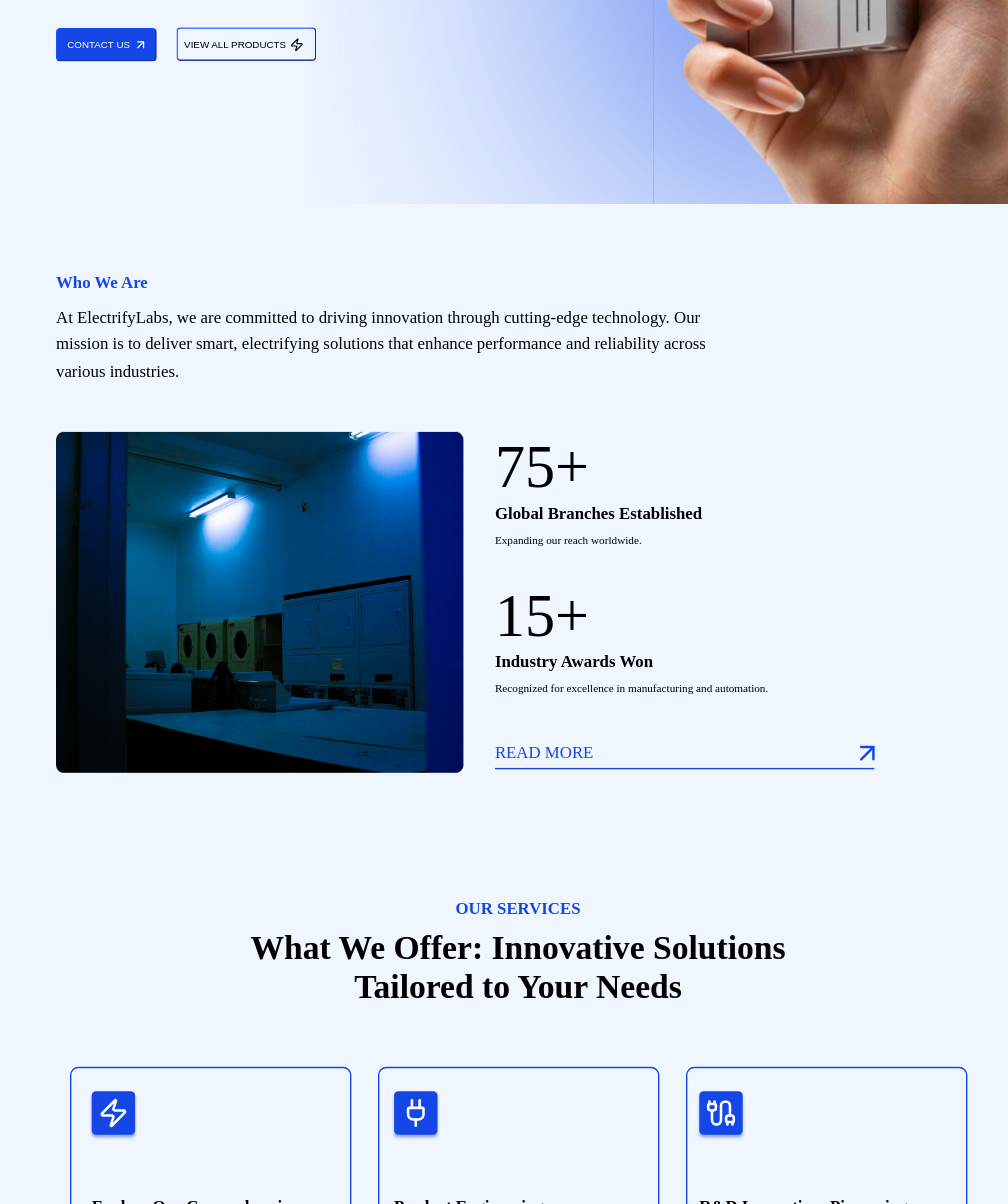
Repository: neelpatel6262/electrifylabs_homepage
Page: /
The author's editor kept a copy of each file at every save. The page is drawn from the files as they stood at one save, then again after the next save.
The browser window is 1280 px wide. The page is 1440 px wide, so the pictures cover 1440 px, including what lies to the right of the window. The pictures show the part of the page from y = 600 to 2320 px (the page is 8532 px tall), at 70% of full size.
The project was rebuilt for these pictures with package versions that can differ from the ones it lists, and the page was loaded fresh each time. Also part of the build but not shown: vite.config.js.

Above is the page before, as saved 2026-02-21 16:53:26.

### index.html
<!doctype html>
<html lang="en">
  <head>
    <meta charset="UTF-8" />
    <link rel="icon" type="image/svg+xml" href="/src/assets/LOGO.svg" />
    <meta name="viewport" content="width=device-width, initial-scale=1.0" />
    <title>ElectrifyLabs Homepage</title>
  </head>
  <body>
    <div id="root"></div>
    <script type="module" src="/src/main.jsx"></script>
  </body>
</html>

### src/main.jsx
import { StrictMode } from 'react'
import { createRoot } from 'react-dom/client'
import './index.css'
import Navbar from './components/Navbar.jsx'
import HeroSection from './components/HeroSection.jsx'
import AboutSection from './components/AboutSection.jsx'
import ServiceSection from './components/ServiceSection.jsx'
import ServiceCard from './components/ServiceCard.jsx'
import ProductSection from './components/ProductSection.jsx'
import LibrarySection from './components/LibrarySection.jsx'
import BlogSection from './components/BlogSection.jsx'
import CTASection from './components/CTASection.jsx'
import Footer from './components/Footer.jsx'





createRoot(document.getElementById('root')).render(
  <>
    <Navbar />
    <HeroSection />
    <AboutSection />
    <ServiceSection />
    <ServiceCard />
    <ProductSection />
    <LibrarySection />
    <BlogSection />
    <CTASection />
    <Footer />

  </>
)

### src/components/Navbar.jsx
import { ArrowUpRight } from 'lucide-react';
import Logo from '../assets/LOGO.svg';

const navLinks = [
  { id: 1, label: 'about', href: '#' },
  { id: 2, label: 'service', href: '#' },
  { id: 3, label: 'product', href: '#' },
  { id: 4, label: 'library', href: '#' },
  { id: 5, label: 'blogs', href: '#' },
];

function Navbar() {
  return (
    <div className="navbar-section">
      <div className="navbar-container">

        {/* Logo */}
        <div className="logo">
          <img src={Logo} alt="logo" />
        </div>

        {/* Nav Links */}
        <div className="nav-links">
          {navLinks.map((link) => (
            <a key={link.id} href={link.href}>
              {link.label}
            </a>
          ))}
        </div>

        {/* Button */}
        <button className="navbar-btn">
          <div className="navbar-btn-conatiner">
            contact us
            <ArrowUpRight size={20} />
          </div>
        </button>

      </div>
    </div>
  );
}

export default Navbar;

### src/components/HeroSection.jsx
import { ArrowUpRight, Zap, Star as StarIcon } from 'lucide-react';
import Frame from '../assets/frame.svg';
import HeroImg from '../assets/heo-img.svg';
import Star from '../assets/star.svg';



// Star rating array — 5 stars
const stars = [1, 2, 3, 4, 5];

function HeroSection() {
  return (
    <div className="hero-section">

      {/* Left Content */}
      <div className="hero-left-content">
        <div className="heading-section">

          {/* CRM / Rating Row */}
          <div className="crm-section">
            <div className="frame">
              <img src={Frame} alt="frame" />
            </div>
            <div className="rating-section">
              <div className="rating-section-container">
                <div className="rating">
                  {stars.map((star) => (
                    <img key={star} src={Star} alt="star" />
                  ))}
                </div>
                <div className="rating-heading">
                  rated 5.0 by 40+ happy customers!
                </div>
              </div>
            </div>
          </div>

          {/* Hero Heading */}
          <div className="hero-heading">
            <span className="hero-highlights">electrifylabs</span> is powering the future of innovation
          </div>

        </div>

        {/* Subheading + Buttons */}
        <div className="hero-subheading">
          <div className="subheading">
            At ElectrifyLabs, we are dedicated to transforming ideas into cutting-edge technology solutions.
            Join us on a journey to innovate and electrify the future.
          </div>

          <div className="hero-cta-actions">
            {/* Primary Button */}
            <button className="hero-btn">
              <div className="hero-btn-container">
                contact us
                <ArrowUpRight size={20} />
              </div>
            </button>

            {/* Secondary Button */}
            <button className="hero-secondary-btn">
              <div className="hero-secondary-btn-container">
                view all products
                <Zap size={20} />
              </div>
            </button>
          </div>
        </div>
      </div>

      {/* Right Content - Hero Image */}
      <div className="right-content">
        <img src={HeroImg} alt="hero" />
      </div>

    </div>
  );
}

export default HeroSection;

### src/components/AboutSection.jsx
import { ArrowUpRight } from 'lucide-react';
import Placeholder from '../assets/Placeholder.jpg';

function AboutSection() {
  return (
    <div className="about-section">
      <div className="about-container">

        {/* Who We Are - Top Text */}
        <div className="who-we-are-section">
          <div className="about-heading">Who We Are</div>
          <div className="sub-heading">
            At ElectrifyLabs, we are committed to driving innovation through cutting-edge technology.
            Our mission is to deliver smart, electrifying solutions that enhance performance and
            reliability across various industries.
          </div>
        </div>

        {/* Content Section - Image + Stats */}
        <div className="about-content-section">

          {/* Left - Placeholder Image */}
          <div className="placeholder">
            <img src={Placeholder} alt="about us" />
          </div>

          {/* Right - Stats + CTA */}
          <div className="about-right-content">

            {/* Stat One */}
            <div className="content-one">
              <h1>75+</h1>
              <h4>Global Branches Established</h4>
              <p>Expanding our reach worldwide.</p>
            </div>

            {/* Stat Two + Read More */}
            <div className="content-two">
              <div className="content-two-info">
                <h1>15+</h1>
                <h4>Industry Awards Won</h4>
                <p>Recognized for excellence in manufacturing and automation.</p>
              </div>

              {/* Read More CTA */}
              <div className="content-cta-section">
                <div className="content-cta-section-container">
                  <h1>read more</h1>
                  <ArrowUpRight size={32} />
                </div>
                <hr className="about-cta" />
              </div>

            </div>
          </div>
        </div>

      </div>
    </div>
  );
}

export default AboutSection;

### src/components/ServiceSection.jsx
import { Zap, Plug, Cable, ArrowUpRight } from 'lucide-react';
import ServiceCard from './ServiceCard';

const cards = [
  {
    id: 1,
    icon: <Zap size={24} color="white" />,
    heading: "Explore Our Comprehensive Range of Services",
    subheading: "At ElectrifyLabs, we provide cutting-edge technology solutions to drive your success.",
    cardClass: "service-card-one",
    headingClass: "service-card-heading",
    subheadingClass: "service-card-subheading",
  },
  {
    id: 2,
    icon: <Plug size={24} color="white" />,
    heading: "Product Engineering: Transforming Ideas into Reality",
    subheading: "Our team specializes in developing innovative products tailored to your specifications.",
    cardClass: "service-card-two",
    headingClass: "service-card-two-heading",
    subheadingClass: "service-card-two-subheading",
  },
  {
    id: 3,
    icon: <Cable size={24} color="white" />,
    heading: "R&D Innovation: Pioneering Tomorrow's Technologies Today",
    subheading: "We invest in research and development to create groundbreaking tech solutions.",
    cardClass: "service-card-three",
    headingClass: "service-card-three-heading",
    subheadingClass: "service-card-three-subheading",
  },
];

function ServiceSection() {
  return (
    <div className="service-section">
      <div className="service-container">

        {/* Intro */}
        <div className="service-intro-section">
          <div className="service-body-heading">our services</div>
          <div className="service-heading">
            What We Offer: Innovative Solutions Tailored to Your Needs
          </div>
        </div>

        {/* Cards */}
        <div className="services-cards-section">
          {cards.map((card) => (
            <ServiceCard
              key={card.id}
              icon={card.icon}
              heading={card.heading}
              subheading={card.subheading}
              cardClass={card.cardClass}
              headingClass={card.headingClass}
              subheadingClass={card.subheadingClass}
            />
          ))}
        </div>

        {/* Button */}
        <button className="service-btn">
          <div className="service-btn-container">
            view all services
            <ArrowUpRight size={20} />
          </div>
        </button>

      </div>
    </div>
  );
}

export default ServiceSection;

### src/components/ServiceCard.jsx


function ServiceCard({ icon, heading, subheading, cardClass, headingClass, subheadingClass })

{
  return (
    <div className={cardClass}>
      <div className="service-icon">
        {icon}
      </div>
      <div className={headingClass}>
        {heading}
      </div>
      <div className={subheadingClass}>
        {subheading}
      </div>
    </div>
  );
}



export default ServiceCard;

### src/components/LibrarySection.jsx
import { LibraryBig } from 'lucide-react';
import LibraryOne from '../assets/Library-One-Placeholder.jpg';
import LibraryTwo from '../assets/Library-Two-Placeholder.jpg';
import PersonOne from '../assets/person-one.jpg';
import PersonTwo from '../assets/peson-two.jpg';

// Cards data array
const libraryCards = [
  {
    id: 1,
    image: LibraryOne,
    category: 'Resources',
    heading: 'Latest Innovations in Technology',
    subheading: 'Discover cutting-edge insights and developments in our tech library.',
    personImage: PersonOne,
    personName: 'Jane Doe',
    date: '15 Mar 2023',
    readTime: '4 min read',
  },
  {
    id: 2,
    image: LibraryTwo,
    category: 'Whitepaper',
    heading: 'Understanding AI in Modern Tech',
    subheading: 'A comprehensive guide to AI applications in technology today.',
    personImage: PersonTwo,
    personName: 'John Smith',
    date: '10 Feb 2023',
    readTime: '6 min read',
  },
];

// LibraryCard — reusable card component
function LibraryCard({ image, category, heading, subheading, personImage, personName, date, readTime }) {
  return (
    <div className="card-one">

      {/* Card Main Image */}
      <img src={image} alt={heading} />

      {/* Card Text Content */}
      <div className="card-one-content">
        <p>{category}</p>
        <h2>{heading}</h2>
        <h4>{subheading}</h4>
      </div>

      {/* Author Details */}
      <div className="person-details">
        <img src={personImage} alt={personName} />
        <div className="person-info">
          <h4>{personName}</h4>
          <div className="person-library-content">
            <h4>{date}</h4>
            <h5>{readTime}</h5>
          </div>
        </div>
      </div>

    </div>
  );
}

function LibrarySection() {
  return (
    <div className="library-section">
      <div className="library-container">

        {/* Intro */}
        <div className="library-intro">
          <p>Our Library</p>
          <h1>Explore a wealth of tech resources at your fingertips</h1>
        </div>

        {/* Cards */}
        <div className="cards">
          {libraryCards.map((card) => (
            <LibraryCard
              key={card.id}
              image={card.image}
              category={card.category}
              heading={card.heading}
              subheading={card.subheading}
              personImage={card.personImage}
              personName={card.personName}
              date={card.date}
              readTime={card.readTime}
            />
          ))}
        </div>

        {/* Button */}
        <button className="library-primary-btn">
          <div className="library-primary-btn-container">
            view our library
            <LibraryBig size={20} />
          </div>
        </button>

      </div>
    </div>
  );
}

export default LibrarySection;

### src/components/BlogSection.jsx
import { ArrowUpRight } from 'lucide-react';

// Blog data array
const blogs = [
  {
    id: 1,
    heading: 'Quantum Annealing in Energy Grids: Beyond Theoretical Limits',
    description:
      'As we approach 2026, quantum computing transitions from laboratory curiosity to industrial-scale utility. Our team at ElectrifyLabs Berlin has achieved a breakthrough: 127-qubit processors now optimize municipal power grids in real-time, reducing waste by 37% compared to classical algorithms.',
    date: '3 July, 2025',
  },
  {
    id: 2,
    heading: 'The Quantum Advantage Paradox',
    description:
      'By treating decoherence not as noise but as training data, our machine learning layer converts quantum instability into predictive power. This paradigm shift—documented in our recent IEEE paper—allows commercially available quantum processors to outperform supercomputers in specific load-balancing scenarios.',
    date: '22 Aug, 2025',
  },
  {
    id: 3,
    heading: 'Munich Case Study: From Theory to Grid Reality',
    description:
      'As we approach 2026, quantum computing transitions from laboratory curiosity to industrial-scale utility. Our team at ElectrifyLabs Berlin has achieved a breakthrough: 127-qubit processors now optimize municipal power grids in real-time, reducing waste by 37% compared to classical algorithms.',
    date: '3 July, 2025',
  },
];

// BlogCard — reusable blog card component
function BlogCard({ heading, description, date }) {
  return (
    <div className="blog-one">

      {/* Horizontal Rule */}
      <hr className="blog-image-hr" />

      {/* Blog Content */}
      <div className="blog-content">
        <div className="blog-heading">
          <h1>{heading}</h1>
          <p>{description}</p>
        </div>

        {/* Date + Read CTA */}
        <div className="blog-cta">
          <div className="blog-cta-content">
            <p>{date}</p>
            <h4>
              Read <ArrowUpRight size={20} />
            </h4>
          </div>
          <hr className="line" />
        </div>

      </div>
    </div>
  );
}

function BlogSection() {
  return (
    <div className="blog-section">
      <div className="blog-container">

        {/* Intro */}
        <div className="blog-intro-section">
          <p>blogs</p>
          <h1>Latest Insights and Innovations</h1>
        </div>

        {/* Blog Cards */}
        <div className="blogs-contents">
          {blogs.map((blog) => (
            <BlogCard key={blog.id} {...blog} />
          ))}
        </div>

      </div>
    </div>
  );
}

export default BlogSection;

### src/components/CTASection.jsx
import { useState } from 'react';

function CTASection() {
  // useState to track what user types in the email input
  const [email, setEmail] = useState('');
  const [isLoading, setIsLoading] = useState(false);
  const [submitted, setSubmitted] = useState(false);

  // This runs when form is submitted
  const handleSubmit = (e) => {
    e.preventDefault();       // stops page from refreshing (default form behavior)
    setIsLoading(true);       // show spinner

    // Simulate a 2 second API call
    setTimeout(() => {
      setIsLoading(false);
      setSubmitted(true);
      setEmail('');            // clear input after submit
    }, 2000);
  };

  return (
    <div className="cta-section">
      <div className="cta-container">

        {/* Intro */}
        <div className="cta-intro-section">
          <p>Get in Touch</p>
          <h1>We'd love to hear from you! Reach out with any questions or inquiries.</h1>
        </div>

        {/* Form */}
        <div className="cta-btn">
          <form className="cta-email-form" onSubmit={handleSubmit}>
            <div className="input-container">
              <input
                type="email"
                className="email-input"
                id="emailInput"
                required
                autoComplete="email"
                value={email}
                onChange={(e) => setEmail(e.target.value)}
              />
              <label className="input-placeholder" htmlFor="emailInput">
                Enter your email address
              </label>
            </div>

            <button type="submit" className="email-btn" disabled={isLoading}>
              {/* Show spinner or text based on loading state */}
              {isLoading ? (
                <div className="btn-spinner" />
              ) : submitted ? (
                <span className="btn-text">✓ Done!</span>
              ) : (
                <span className="btn-text">Request Access</span>
              )}
            </button>
          </form>

          <h4>accepts the cookies. <span>OKAY</span></h4>
        </div>

      </div>
    </div>
  );
}

export default CTASection;

### src/components/Footer.jsx
import Logo from '../assets/LOGO.svg';

// Navigation links data
const navLinks = [
  { id: 1, label: 'about', href: '#' },
  { id: 2, label: 'service', href: '#' },
  { id: 3, label: 'product', href: '#', isNew: true },
  { id: 4, label: 'library', href: '#' },
  { id: 5, label: 'blogs', href: '#' },
];

// Social links data
const socialLinks = [
  { id: 1, label: 'Instagram', href: 'https://www.instagram.com/' },
  { id: 2, label: 'Twitter', href: 'https://twitter.com/' },
  { id: 3, label: 'Facebook', href: 'https://www.facebook.com/' },
];

// Legal links data
const legalLinks = [
  { id: 1, label: 'Terms & Conditions', href: '#' },
  { id: 2, label: 'Privacy Policy', href: '#' },
  { id: 3, label: 'ESG Policy', href: '#' },
];

function Footer() {
  return (
    <div className="footer-section">
      <div className="footer-container">
        <div className="footer-content">
          <div className="footer-section-content">

            {/* Brand */}
            <div className="footer-brand">
              <div className="footer-logo">
                <img src={Logo} alt="logo" />
                electrifylabs
              </div>
              <div className="footer-contact">+1 (555) 123-4567</div>
              <div className="footer-email">contact@electrifylabs.com</div>
            </div>

            {/* Links */}
            <div className="footer-links">

              {/* Navigation */}
              <div className="navigation-content">
                <h4>Navigation</h4>
                {navLinks.map((link) => (
                  <div key={link.id}>
                    <a href={link.href}>{link.label}</a>
                    {/* Only show "new" badge on product link */}
                    {link.isNew && <div className="new-tag">new</div>}
                  </div>
                ))}
              </div>

              {/* Follow Us */}
              <div className="follow-content">
                <h4>follow us</h4>
                {socialLinks.map((link) => (
                  <a key={link.id} href={link.href} target="_blank" rel="noreferrer">
                    {link.label}
                  </a>
                ))}
              </div>

              {/* Legal */}
              <div className="legel-content">
                <h4>legel</h4>
                {legalLinks.map((link) => (
                  <a key={link.id} href={link.href}>
                    {link.label}
                  </a>
                ))}
              </div>

            </div>
          </div>

          <hr className="footer-line" />
          <p>© 2025 ElectrifyLabs. All rights reserved.</p>

        </div>
      </div>
    </div>
  );
}

export default Footer;

Loaded but not shown: src/index.css (1500 lines, source omitted); src/components/ProductSection.jsx (100 lines, source omitted)

After the next save:
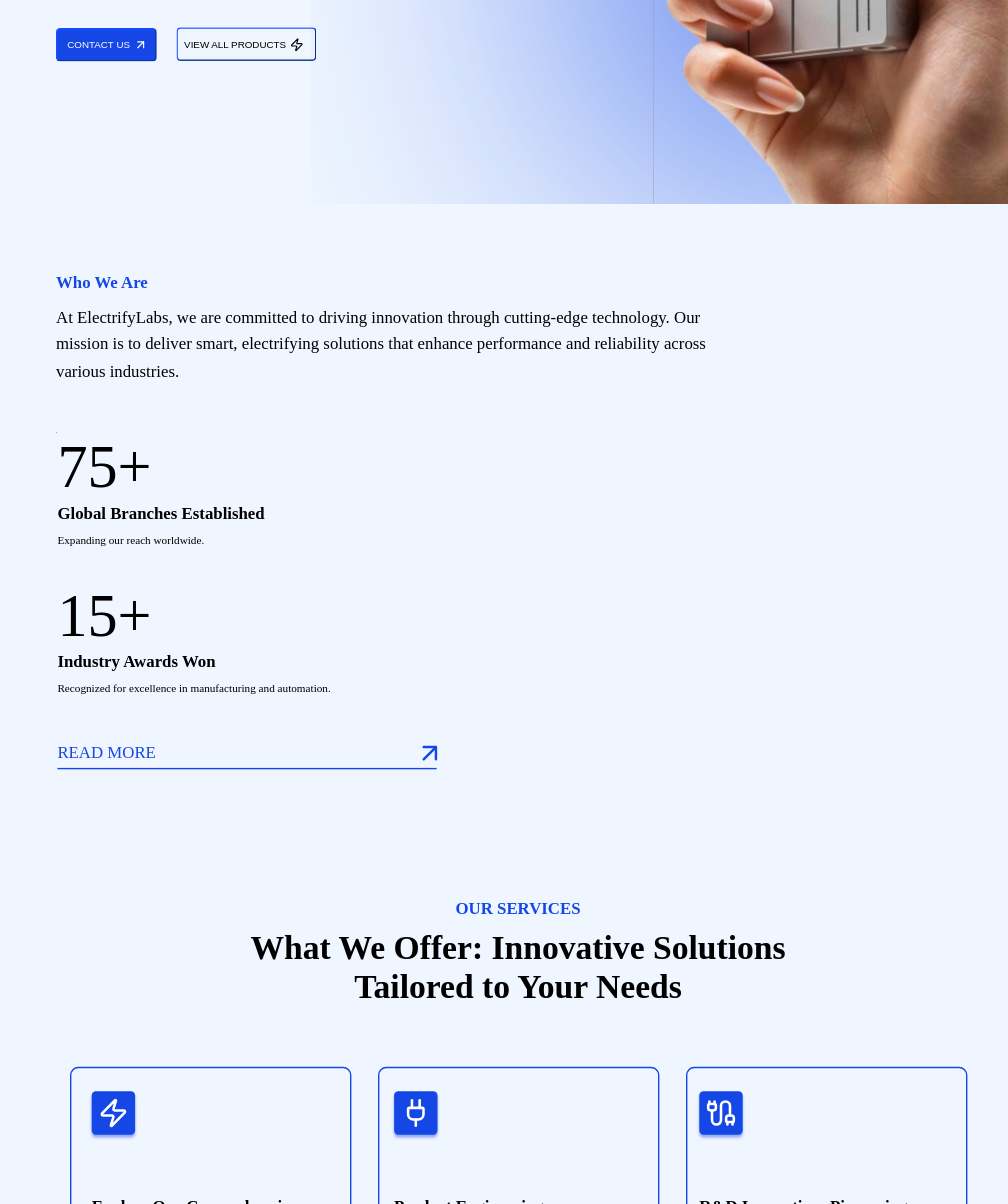
Saved 32 s later.
--- a/src/components/AboutSection.jsx
+++ b/src/components/AboutSection.jsx
@@ -1,5 +1,4 @@
 import { ArrowUpRight } from 'lucide-react';
-import Placeholder from '../assets/Placeholder.jpg';
 
 function AboutSection() {
   return (
@@ -16,12 +15,12 @@
           </div>
         </div>
 
-        {/* Content Section - Image + Stats */}
+        {/* Content Section - HR + Stats */}
         <div className="about-content-section">
 
-          {/* Left - Placeholder Image */}
-          <div className="placeholder">
-            <img src={Placeholder} alt="about us" />
+          {/* Left - Horizontal Rule */}
+          <div className="about-hr-container">
+            <hr className="about-divider" />
           </div>
 
           {/* Right - Stats + CTA */}
